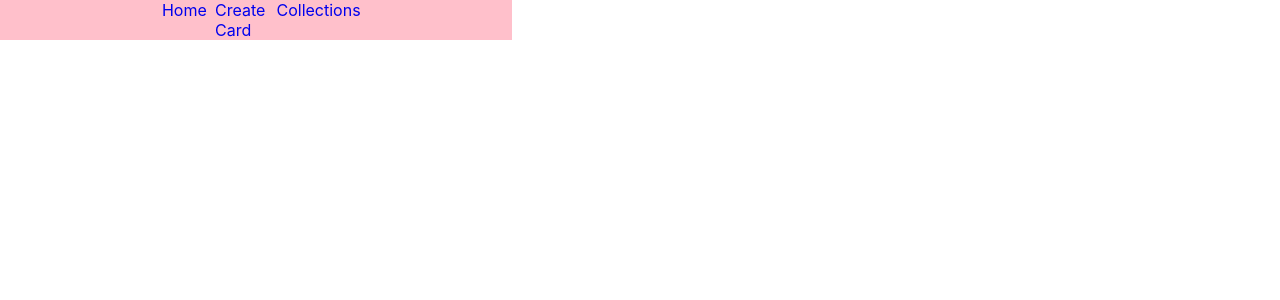
Repository: MikeTroianello/phos-react
Page: /
The author's editor kept a copy of each file at every save. The page is drawn from the files as they stood at one save, then again after the next save.
The browser window is 1280 px wide. The pictures show the whole page.
The project was rebuilt for these pictures with package versions that can differ from the ones it lists, and the page was loaded fresh each time. A package was used in the major version that the imports need, not the one package.json lists. Also part of the build but not shown: src/App.css, src/components/card/Card.js.

Above is the page before, as saved 2020-06-02 16:36:44.

### src/App.js
import React from 'react';
import logo from './logo.svg';
import './App.css';
import Card from './components/card/Card';
import Main from './components/main/Main.js';

function App() {
  return <Main />;
}

export default App;

### src/components/main/Main.js
import React from 'react';
import Navbar from '../navbar/Navbar';
import { Route, Switch } from 'react-router-dom';
import Card from '../card/Card';

const Main = () => {
  return (
    <div>
      <Navbar />
      <Switch>
        <Route exact path='/card' render={(props) => <Card {...props} />} />
      </Switch>
    </div>
  );
};

export default Main;

### src/components/card/card.css
.homepage-top {
  display: flex;
  justify-content: space-evenly;
  flex-wrap: wrap;
  height: 82vh;
}

@media (min-width: 427px) and (max-width: 976px) {
  .homepage-top {
    height: 150vh;
    background-position: 0% 22%;
  }
}

/* @media (max-width: 427px) {
  .homepage-top {
    height: 1200px;
    background-position: 0% 22%;
  }
} */

.homepage-greet {
  margin-top: 6vh;
}

.homepage-greet h1 {
  font-size: 6em;
}

.homepage-greet p {
  font-size: 2em;
}

.homepage-separation {
  height: 1vh;
  width: auto;
  background-color: rgba(148, 151, 168, 0.9);
  margin-top: -1vh;
}

.homepage-sad {
  margin: 5vw;
  /* margin-left: 5vw; */
}

.homepage-sad h2 {
  font-size: 5em;
  text-align: center;
}

.homepage-sad h4 {
  font-size: 2.5em;
  text-align: center;
  margin: 10vw;
}

.homepage-sad p {
  font-size: 1.75em;
  text-align: center;
}

.homepage-sunlog {
  display: flex;
  justify-content: space-between;
  flex-wrap: wrap;
}

.sunlog-description {
  margin-left: 5vw;
  text-align: center;
  max-width: 700px;
}

.sunlog-description h2 {
  font-size: 3em;
}

.sunlog-description p {
  font-size: 1.3em;
  margin: 7vh 0;
}

.sunlog-example {
  display: flex;
  flex-direction: column;
  /* max-width: 98%; */
  padding: 1%;
}

.sunlog-example h4 {
  text-align: center;
  margin: 0 0 2vh 0;
}

.sunlog-create {
  margin: 10vh 0;
}

.footer {
  /* position: absolute; */
  /* bottom: 0;
  width: 100%; */
  border-top: 1px solid black;
  display: flex;
  justify-content: space-evenly;
  background-color: rgb(119, 159, 219);
  overflow: auto;
}

.footer-button {
  margin: 3vh 0;
  height: 50%;
  width: 122px;
  font-size: 1em;
  background-color: rgb(224, 242, 243);
}

.footer-button:hover {
  transition: 0.25s;
  background-color: rgb(183, 207, 218);
}

/* .footer-contact {
  text-align: center;
} */

/* FOR THE FOOTER LOGO */

.footer-logo {
  display: flex;
  align-items: center;
  /* color: white; */
  padding: 1px 6px 0;
  font-weight: bold;
  border-style: solid;
  /* border-color: White; */
  width: 40px;
  /* border-width: 2px; */
  margin: 30px 0;
}

.mt-logo {
  margin: 3px 0;
  text-align: center;
}

/* EVERYTHING BELOW HERE IS FOR THE CARD FLIP ANIMATION AND POSSIBLY A VIDEO PLAYER */

.signup-login-container {
  margin: 5vh 0 0 0;
  display: flex;
  flex-direction: column;
  max-width: 425px;
  align-items: center;

  /* color: green; */
}

.create-button {
  width: 90%;
  height: 50px;
  border-radius: 1ch;
  font-size: 1.8em;
  margin: 15vh 0 0 0;
  /* background-color: rgba(93, 87, 87, 0.7); */
  background-color: rgba(180, 194, 60, 0.75);
}

@media (min-height: 760px) {
  .create-button {
    margin: 18vh 0 0 0;
  }
}

@media (min-width: 450px) and(max-width: 580px) {
  .homepage-greet h1 {
    font-size: 5em;
  }
  .homepage-greet p {
    text-align: center;
  }
}

@media (max-width: 450px) {
  .homepage-greet h1 {
    font-size: 4em;
  }

  .homepage-greet p {
    text-align: center;
  }
}

.create-button:hover {
  transition: 0.3s;
  background-color: rgba(93, 87, 87, 0.8);
}

.container {
  width: 420px;
  height: 345px;
  position: relative;
  -webkit-perspective: 1000px;
  -moz-perspective: 1000px;
  -o-perspective: 1000px;
  perspective: 1000px;
}
.card {
  width: 100%;
  height: 100%;
  position: absolute;

  -webkit-transition: -webkit-transform 1s;
  -moz-transition: -moz-transform 1s;
  -o-transition: -o-transform 1s;
  transition: transform 1s;
  -webkit-transform-style: preserve-3d;
  -moz-transform-style: preserve-3d;
  -o-transform-style: preserve-3d;
  transform-style: preserve-3d;
  -webkit-transform-origin: 50% 50%;
}

.card-div {
  display: block;
  height: 100%;
  width: 100%;
  /*     line-height: 260px; */
  /*     color: white; */
  text-align: center;
  font-weight: bold;
  /*     font-size: 140px; */
  position: absolute;
  -webkit-backface-visibility: hidden;
  -moz-backface-visibility: hidden;
  -o-backface-visibility: hidden;
  backface-visibility: hidden;
}
.card .front {
  /* background: red; */
  /* background-color: rgba(255, 255, 255, 0.2); */
}
.card .back {
  /* background: blue; */
  /* background-color: rgba(255, 255, 255, 0.2); */
  -webkit-transform: rotateY(180deg);
  -moz-transform: rotateY(180deg);
  -o-transform: rotateY(180deg);
  transform: rotateY(180deg);
}
.card.flipped {
  -webkit-transform: rotateY(180deg);
  -moz-transform: rotateY(180deg);
  -o-transform: rotateY(180deg);
  transform: rotateY(180deg);
}

/* FOR THE VIDEO */

#myVideo {
  position: fixed;
  right: 0;
  bottom: 0;
  min-width: 100%;
  min-height: 100%;
}

/* Add some content at the bottom of the video/page */
.content {
  position: fixed;
  bottom: 0;
  background: rgba(0, 0, 0, 0.5);
  color: #f1f1f1;
  width: 100%;
  padding: 20px;
}

/* Style the button used to pause/play the video */
#myBtn {
  width: 200px;
  font-size: 18px;
  padding: 10px;
  border: none;
  background: #000;
  color: #fff;
  cursor: pointer;
}

#myBtn:hover {
  background: #ddd;
  color: black;
}

@media (max-width: 426px) {
  .container {
    max-width: 315px;
    perspective: 0px;
  }

  .create-button {
    margin: 3vh 0 0 0;
  }

  .signup-login-container {
    margin: 0;
  }

  .homepage-top {
    height: 136vh;
  }

  .create-button {
    width: 100%;
    height: auto;
  }

  .signup {
    height: 340px;
  }
}

@media (max-width: 375px) {
  .homepage-sad {
    margin: 0;
    text-align: center;
  }

  .sunlog-description {
    margin: 0;
  }
}

@media (max-width: 470px) {
  .footer-button {
    display: none;
  }

  .footer-contact {
    font-size: 0.8em;
    text-align: start;
    margin-top: 17px;
  }

  .footer-contact p {
    margin: 7px 0 0;
  }

  .footer-logo {
  }
}

/* NAVBAR */

.navbar {
  display: flex;
  justify-content: space-between;
  align-items: center;
  border-bottom: 1px solid black;
  height: 10vh;
  position: fixed;
  width: 100%;
  top: 0;
  background-color: rgb(142, 194, 234);
  /* background-color: rgb(180, 214, 241) */
  z-index: 1;
  /* overflow: hidden; */
}

.nav-links {
  display: flex;
  justify-content: space-around;
  width: 50%;
}

@media (min-width: 730px) and (max-width: 850px) {
  .nav-links {
    width: 60%;
  }
}
@media (min-width: 427px) and (max-width: 730px) {
  .nav-links {
    width: 80%;
    font-size: 0.75em;
  }

  .logged-in-user {
    font-size: 0.75em;
  }
}

@media (max-width: 426px) {
  .nav-links {
    width: 100%;
    font-size: 0.75em;
  }

  .logged-in-user {
    display: none;
  }
}

.logged-in-user {
  margin: 0 0 0 2vw;
}

.nav-links a {
  color: black;
  text-decoration: none;
  font-size: 1.5em;
}

.nav-links a:hover {
  transition: 0.2s;
  color: rgb(1, 24, 128);
  /* text-decoration: underline; */
}

.chosen {
  color: rgb(30, 4, 95);
  text-decoration: underline;
}

.App {
  text-align: center;
  margin-top: 10vh;
}

.App-header {
  background-color: #282c34;
  min-height: 100vh;
  display: flex;
  flex-direction: column;
  align-items: center;
  justify-content: center;
  font-size: calc(10px + 2vmin);
  color: white;
}

.App-link {
  color: #09d3ac;
}

h1 {
  text-align: center;
}

i {
  text-align: center;
}

a {
  text-decoration: none;
}

.top-push {
  margin-top: 12.25vh;
}

/* CREATE LOGS */

.log-head {
  /* display: flex; */
  border-bottom: 1px solid black;
}

.log-head > span {
  justify-content: space-between;
  margin: -21px 0px 0px;
}

.name-and-gender {
  display: flex;
  justify-content: space-around;
  align-items: center;
  /* border: 1px solid black; */
  /* justify-content: space-evenly; */
}

.name-and-gender > div {
  width: 30%;
}

.name-box {
  min-width: 45%;
  text-align: center;
}

@media (max-width: 375px) {
  .name-box {
    font-size: 0.75em;
  }
}

.weather-box {
  text-align: center;
  margin-top: -3.5%;
  /* max-width: 45%; */
  /* border-bottom: 1px solid black; */
  /* border-left: 1px solid black; */
  /* border-radius: 2%; */
}

.weather-box > p {
  /* max-width: 45%; */

  font-size: 0.75em;
  margin-top: 7px;
  margin-bottom: 2px;
}

.weather-icon {
  margin: -43px 0px -36px;
  /* margin: -41px 15px -36px; */
  /* border: 1px solid black; */
  /* FOR MOBILE margin:-6.7vh 4.98vw */
}

.gradient {
  background: rgb(2, 10, 46);
  background: linear-gradient(
    90deg,
    rgba(2, 10, 46, 1) 0%,
    rgba(12, 35, 135, 1) 30%,
    rgba(87, 139, 53, 1) 59%,
    rgba(255, 195, 66, 1) 100%
  );
}

.red {
  color: red;
  text-align: center;
}
.false {
  color: red;
  text-align: center;
}

.green {
  color: rgb(16, 116, 16);
  text-align: center;
}

.black {
  color: black;
  text-align: center;
}

/* VIEW ALL LOGS PAGE */

.view-header {
  display: flex;
  flex-wrap: wrap;
  justify-content: space-evenly;
  /* border-bottom: 1px dotted black; */
}

.view-header > div > h1 {
  margin: 0px 0 4vh 0;
}

.create-log-link {
  text-align: center;
}

.log-box {
  display: flex;
  flex-wrap: wrap;
  justify-content: space-evenly;
}

.log {
  border: 1px solid black;
  margin: 5vh 1.4vw;
  padding: 0 1vw;
  border-radius: 10px;
  width: 550px;
  box-shadow: 2px 2px #9398a2;
  background-color: #baccf1;
  /* min-width: 420px; */
}

.mock-log {
  border: 1px solid black;
  margin: 5vh 1.4vw;
  padding: 0 1vw;
  border-radius: 10px;
  max-width: 550px;
  box-shadow: 2px 2px #9398a2;
  background-color: #baccf1;
}

.log h2 {
  text-align: center;
}

.weather-audit {
  border: 1px solid black;
  margin: 1vh;
  padding: 0 1vw;
  max-width: 500px;
}

.header {
  display: flex;
  justify-content: space-between;
  border-bottom: 1px dashed black;
  text-align: center;
}

.header > span {
  font-size: 16px;
  width: 25%;
  font-weight: bold;
  text-align: center;
}

.weather-average-header {
  display: flex;
  justify-content: space-between;
  text-align: center;
}

.weather-average-header span {
  width: 22%;
  text-align: center;
}

.filter-box {
  display: flex;
  flex-wrap: wrap;
  justify-content: space-around;
  align-items: center;
  border-top: 1px dotted black;
}

.gender-filter {
  text-align: center;
}

.gender-filter button {
  background-color: rgb(233, 30, 99);
  border-radius: 50%;
  height: 50px;
  width: 100px;
  font-size: 1em;
}

.gender-filter button:hover {
  transition: 0.2s;
  background-color: rgb(240, 97, 130);
}

.view-default-logs {
  background-color: rgba(234, 60, 100, 1);
  height: 50px;
  font-size: 1em;
  font-weight: bold;
  border-radius: 3ch;
  margin-top: 1vh;
}

.view-default-logs:hover {
  transition: 0.2s;
  background-color: rgb(240, 97, 130);
}

.gender {
  margin-left: 2vw;
  /* text-align: end; */
}

.mood-and-productivity {
  display: flex;
  justify-content: space-evenly;
  text-align: center;
}

.mood-and-productivity > h3 {
  width: 40%;
  /* display: flex;
  justify-content: space-between; */
  border: 1px solid black;
}

.mood-and-productivity > h3 > p {
  color: red;
}

/* SIGNUP */
.signup {
  border: 2px solid black;
  overflow: hidden;
  background-color: rgba(250, 250, 250, 0.55);
  border-radius: 17px;
  display: flex;
  flex-direction: column;
  /* justify-content: flex-end; */
  min-height: 300px;
  height: 333px;
  max-width: 400px;
  margin: 2vw 0;
  padding: 2vh 1vw 0;
}

@media (min-height: 760px) {
  .signup {
    height: 365px;
  }
}

/* .signup > form {
  min-height: 280px;
} */

.signup-button {
  display: flex;
  /* align-items: flex-end; */
  justify-content: center;
}

.signup-button > button {
  margin-top: 1vh;
  font-size: 2em;
  height: 50px;
  width: 60%;
  border-radius: 1ch;
  margin-bottom: 2vh;
  background-color: rgba(114, 185, 240, 0.75);
}

.signup-button > button:hover {
  transition: 0.3s;
  background-color: rgba(114, 185, 240, 0.9);
}

.login-button {
  display: flex;
  /* align-items: flex-end; */
  justify-content: center;
}

.login-button > button {
  margin-top: 6vh;
  font-size: 2em;
  height: 50px;
  width: 60%;
  border-radius: 1ch;
  margin-bottom: 3vh;
  background-color: rgba(114, 185, 240, 0.75);
}

.login-button > button:hover {
  transition: 0.3s;
  background-color: rgba(114, 185, 240, 0.9);
}

.signup-header {
  text-align: center;
  font-size: 1.66em;
  margin-bottom: 2vh;
}

.form-piece {
  display: flex;
  justify-content: space-between;
  margin: 2vh 0;
}

.login-form-piece {
  font-size: 1.5em;
  margin: 20px 0;
}

.signup-message {
  /* margin: 5vh 0; */
  color: red;
  text-align: center;
}

/* THIS IS YOUR PROFILE PAGE */

.profile-header {
  display: flex;
}

.profile-date > span {
  font-size: 1.25em;
}

.cog {
  justify-content: end;
}

.profile-log-head {
  display: flex;
  justify-content: space-around;
}

@media (max-width: 345px) {
  .log h2 {
    font-size: 1em;
  }
}

.profile-mood-box {
  display: flex;
  /* flex-direction: column; */
  justify-content: space-evenly;
  align-items: center;
  flex-wrap: wrap;
}

.no-log-created {
  font-size: 3em;
  text-align: center;
  margin-top: 15vh;
}

.sort-by-age-box {
  display: flex;
  justify-content: center;
}

.sort-by-age {
  height: 50px;
  width: 45%;
  border-radius: 10px;
  font-size: 1.2em;
  background: rgba(69, 140, 216, 0.6);
  margin: 5% 0 0 0;
}

.sort-by-age:hover {
  transition: 0.25s;
  background: rgba(69, 140, 216, 0.9);
}

@media (max-width: 800px) {
  .sort-by-age {
    width: 75%;
  }
}

.weather-box-profile {
  margin-top: -0.5%;
}

@media (max-width: 425px) {
  .view-profile-overall-happiness {
    text-align: center;
  }
}

/* CREATE A LOG */

.create-log-page {
  display: flex;
  justify-content: center;
}

.create-log {
  border: 1px solid black;
  border-radius: 5px;
  margin: 1% 1% 0;
  text-align: center;
  max-width: 450px;
  height: 550px;
}

.create-log-button {
  width: 90%;
  height: 50px;
  border-radius: 1ch;
  font-size: 1.8em;
  margin: 0 0 2vh 0;
  /* background-color: rgba(93, 87, 87, 0.7); */
  background-color: rgba(180, 194, 60, 0.75);
}

.one-through-five-box {
  color: blue;
  font-weight: 100;
}

.one-through-five {
  display: flex;
  justify-content: space-around;
}

.one-through-five > span {
  margin: 12px 0;
  padding: 6px 11px;
  border: 2px solid blue;
  border-radius: 50%;
}

.one-through-five > button {
  margin: 12px 0;
  padding: 6px 11px;
  border: 2px solid blue;
  border-radius: 50%;
}

.one-through-five > #mood {
  color: rgb(15, 120, 218);
  margin: 12px 0;
  padding: 6px 6px;
  border: 2px solid blue;
  border-radius: 50%;
}

.one-through-five > #mood:hover {
  transition: 0.2s;
  background-color: rgba(250, 148, 148, 0.8);
}
.one-through-five > span:hover {
  transition: 0.2s;
  background-color: lightblue;
}

.one-through-five > span:focus {
  background-color: lightcoral;
}

.one-through-five > button:hover {
  transition: 0.2s;
  background-color: lightblue;
}

.one-through-five > button:focus {
  background-color: lightcoral;
}

#mood:target {
  background-color: black;
}

:target {
  background-color: black;
}

/* SETTINGS PAGE */

.settings-top {
  display: flex;
  flex-direction: column;
  justify-content: center;
  align-items: center;
  text-align: center;
}

.settings {
  /* border-left: 1px solid black;
  border-right: 1px solid black; */
  width: 54%;
  border-left: 3px solid black;
  border-right: 3px solid black;
  border-bottom: 2px solid black;
  margin-bottom: 3vh;
  padding: 1%;
  background: #a9c3e0;
}

@media (max-width: 700px) {
  .settings {
    width: 93%;
  }
}

.settings-change-preferences {
  border-top: 2px solid black;
  border-bottom: 2px solid black;
  padding-bottom: 2vh;
  margin-top: 2vh;
}

.settings-change-preferences-button {
  height: 30px;
  width: 27%;
  min-width: 120px;
  border-radius: 10px;
  font-size: 0.85em;
  background: rgba(224, 166, 166, 0.7);
}

.settings-change-preferences-button:hover {
  transition: 0.25s;
  background: rgba(235, 160, 160, 0.95);
}

.settings-change-info {
  display: flex;
  flex-direction: column;
  align-items: center;
  border-bottom: 2px solid black;
  padding-bottom: 2vh;
}

.change-account-sub-box {
  display: flex;
  justify-content: space-between;
  width: 275px;
}

.settings-change-password {
  border-top: 2px solid black;
  margin-top: 2vh;
}

.change-password-super-box {
  display: flex;
  justify-content: center;
}

.change-password-box {
  display: flex;
  flex-direction: column;
  justify-content: center;
  width: 275px;
}

.change-password-sub-box {
  display: flex;
  justify-content: space-between;
}

.settings-change-button {
  color: white;
  font-size: 1em;
  height: 35px;
  width: 30%;
  margin: 6vh 0 3vh;
  border-radius: 1ch;
  background-color: rgba(36, 100, 184, 0.8);
  align-self: center;
}

.settings-change-button:hover {
  transition: 0.2s;
  background-color: rgba(19, 71, 139, 0.8);
}

.delete {
  background-color: rgba(255, 0, 0, 0.75);
  /* box-shadow: 1px 1px rgb(16, 15, 15); */
  font-size: 1.5em;
  height: 52px;
  width: 200px;
  margin: 3%;
  border-radius: 2ch;
  border: 2px solid black;
}

.delete:hover {
  transition: 0.3s;
  background-color: rgba(255, 0, 0, 0.9);
}

.confirmDelete {
  margin: 3vh 0 0 0;
}

/* MOBILE */

@media (min-width: 425px) and (max-width: 770px) {
  .header-productivity {
    width: 27% !important;
  }
}

@media (max-width: 420px) {
  .filter-box > div {
    width: 100%;
    margin: 2vh 0;
    text-align: center;
  }

  .weather-box > p {
    margin-left: 9px;
  }

  .logged-in-user {
    margin: 0 0 0 2vw;
    font-size: 0.7em;
  }

  .create-button {
    width: 90%;
    margin: 8% 5% 2%;
  }

  .header-productivity {
    width: 31% !important;
  }
}

@media (min-width: 370px) and (max-width: 419px) {
  .header-productivity {
    width: 31% !important;
  }
}

@media (max-width: 1500px) {
  .settings-change-button {
    width: 250px;
    /* width: 85%; */
  }
}

### src/components/navbar/Navbar.js
import React from 'react';
import { Link } from 'react-router-dom';

import './navbar.css';

const Navbar = () => {
  return (
    <div className='navbar-container'>
      <div>
        <Link className='link' to='/'>
          Home
        </Link>
      </div>
      <div>
        <Link className='link' to='/create'>
          Create Card
        </Link>
      </div>
      <div>
        <Link className='link' to='/collections'>
          Collections
        </Link>
      </div>
    </div>
  );
};

export default Navbar;

### src/components/navbar/navbar.css
.navbar-container {
  display: flex;
  flex-direction: row;
  justify-content: flex-end;
}

div > div {
  width: 40%;
  display: flex;
  justify-content: space-around;
  background-color: pink;
}

/* .link {
  margin: 3% 30%;
  width: 100%;
} */

Loaded but not shown: public/index.html (common file); src/index.js (common file); src/index.css (common file); src/serviceWorker.js (common file)

After the next save:
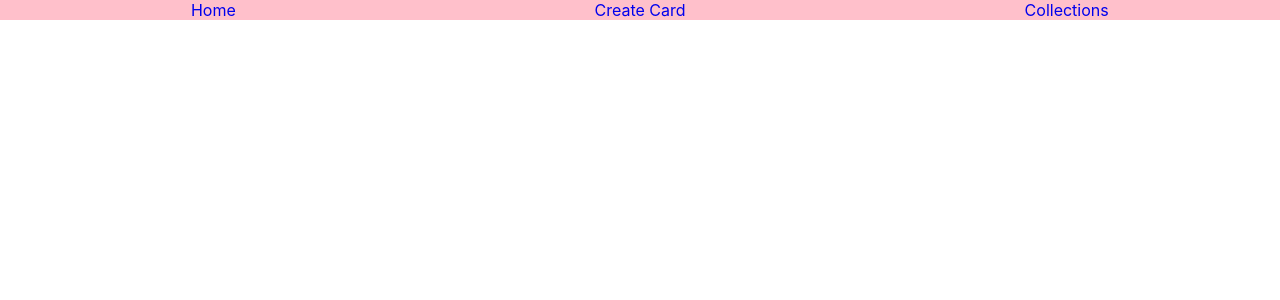
Saved 12 s later.
--- a/src/components/navbar/navbar.css
+++ b/src/components/navbar/navbar.css
@@ -4,7 +4,7 @@
   justify-content: flex-end;
 }
 
-div > div {
+.navbar-container > div {
   width: 40%;
   display: flex;
   justify-content: space-around;
